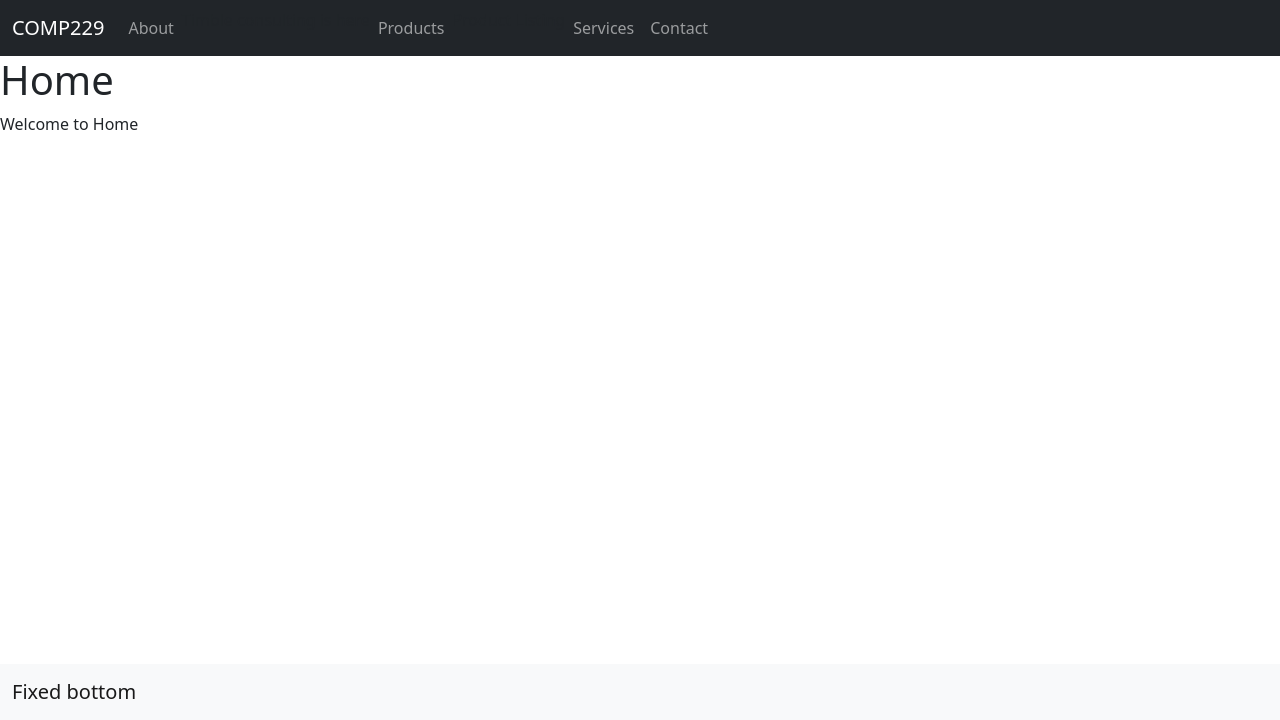
Repository: BlessingAjiboye/WEEK3DEP
Page: http://localhost/
These files come from the project's save history. The page is drawn as it stood at one moment and after the next save; the edit follows.
The browser window is 1280 px wide. The pictures show the whole page.
The page is served by the project's Node server (server.js). Other server files are loaded and not shown.

Above is the page before, as saved 2022-09-21 20:53:54.

### views/index.ejs
<%-include partials/header.ejs%>
<%-include partials/main_nav.ejs%>




  <h1><%= title %></h1>
  <p>Welcome to <%= title %></p>

  <!--Script section-->
  <%-include partials/bottom_nav.ejs%>
<%-include partials/footer.ejs%>

### views/partials/header.ejs
<!DOCTYPE html>
<html lang="en">
<head>
  <meta charset="UTF-8">
  <meta http-equiv="X-UA-Compatible" content="IE=edge">
  <meta name="viewport" content="width=device-width, initial-scale=1.0">
  <title><%= title %></title>
  <!--css section-->
  <link rel="stylesheet"href="/bootstrap/dist/css/bootstrap.min.css"/>
  <link rel="stylesheet"href="@fortawesome/fontawesome-free/css/all.min.css"/>
  <link rel='stylesheet' href='/Content/app.css' />
</head>
<body>

### views/partials/main_nav.ejs
<nav class="navbar navbar-expand-lg navbar-dark bg-dark">
    <div class="container-fluid">
      <a class="navbar-brand" href="#">COMP229</a>
      <button class="navbar-toggler" type="button" data-bs-toggle="collapse" data-bs-target="#navbarSupportedContent" aria-controls="navbarSupportedContent" aria-expanded="false" aria-label="Toggle navigation">
        <span class="navbar-toggler-icon"></span>
      </button>
      <div class="collapse navbar-collapse" id="navbarSupportedContent">
        <ul class="navbar-nav me-auto mb-2 mb-lg-0">
          <% if (title =="Home"){%>
           <li class="nav-item active">
              <%} else {%>
            <a class="nav-link active" aria-current="page" href="/home">Home</a>
            <%}%>
            </li>
            <% if (title =="About"){%>
               <li class="nav-item active">
                <%} else {%>
                <a class="nav-link" href="about">About</a>
                <%}%>
          </li>
          <p>Timble consulting is here</p>

          <% if (title =="Products"){%>
            <li class="nav-item active">
              <%} else {%>
                <a class="nav-link" href="products">Products</a>
                <%}%>
          </li>
          <body>
          <p>Product Listing</p>
</body>
          <% if (title =="Services"){%>
            <li class="nav-item active">
              <%} else {%>
              <a class="nav-link" href="services">Services</a>
            <%}%>
          </li>

          <% if (title =="Contact"){%>
            <li class="nav-item active">
              <%} else {%>
                <a class="nav-link" href="contact">Contact</a>
                <%}%>
          </li>

      </div>
    </div>
  </nav>

### views/partials/bottom_nav.ejs
<footer><nav class="navbar fixed-bottom bg-light">
    <div class="container-fluid">
      <a class="navbar-brand" href="#">Fixed bottom</a>
    </div>
    <h6 class="display-6"&copy;2022 All rights reserved.></h6>
  </nav>
</footer>

### views/partials/footer.ejs
<script src="/jquery/dist/jquery.min.js"></script>
  <script src="/bootstrap/dist/js/bootstrap.min.js"></script>
  <script src="/Scripts/app.js"></script>
</body>
</html>

### server.js
#!/usr/bin/env node

/**
 * Module dependencies.
 */

var app = require('./app');
var debug = require('debug')('week344:server');
var http = require('http');

/**
 * Get port from environment and store in Express.
 */

var port = normalizePort(process.env.PORT || '3000');
app.set('port', port);

/**
 * Create HTTP server.
 */

var server = http.createServer(app);

/**
 * Listen on provided port, on all network interfaces.
 */

server.listen(port);
server.on('error', onError);
server.on('listening', onListening);

/**
 * Normalize a port into a number, string, or false.
 */

function normalizePort(val) {
  var port = parseInt(val, 10);

  if (isNaN(port)) {
    // named pipe
    return val;
  }

  if (port >= 0) {
    // port number
    return port;
  }

  return false;
}

/**
 * Event listener for HTTP server "error" event.
 */

function onError(error) {
  if (error.syscall !== 'listen') {
    throw error;
  }

  var bind = typeof port === 'string'
    ? 'Pipe ' + port
    : 'Port ' + port;

  // handle specific listen errors with friendly messages
  switch (error.code) {
    case 'EACCES':
      console.error(bind + ' requires elevated privileges');
      process.exit(1);
      break;
    case 'EADDRINUSE':
      console.error(bind + ' is already in use');
      process.exit(1);
      break;
    default:
      throw error;
  }
}

/**
 * Event listener for HTTP server "listening" event.
 */

function onListening() {
  var addr = server.address();
  var bind = typeof addr === 'string'
    ? 'pipe ' + addr
    : 'port ' + addr.port;
  debug('Listening on ' + bind);
}

### routes/index.js
var express = require('express');
var router = express.Router();

/* GET home page. */
router.get('/', function(req, res, next) {
  res.render('index', { title: 'Home' });
});

router.get('/home', function(req, res, next) {
  res.render('index', { title: 'Home' });
});
router.get('/about', function(req, res, next) {
  res.render('index', { title: 'About' });
});

router.get('/Products', function(req, res, next) {
  res.render('index', { title: 'Products' });
});

router.get('/Services', function(req, res, next) {
  res.render('index', { title: 'Services' });
});

router.get('/Contact', function(req, res, next) {
  res.render('index', { title: 'Contact' });
});
module.exports = router;

### app.js
var createError = require('http-errors');
var express = require('express');
var path = require('path');
var cookieParser = require('cookie-parser');
var logger = require('morgan');

var indexRouter = require('./routes/index');
var usersRouter = require('./routes/users');

var app = express();

// view engine setup
app.set('views', path.join(__dirname, 'views'));
app.set('view engine', 'ejs');

app.use(logger('dev'));
app.use(express.json());
app.use(express.urlencoded({ extended: false }));
app.use(cookieParser());
app.use(express.static(path.join(__dirname, 'public')));
app.use(express.static(path.join(__dirname, 'node_modules')));
app.use('/', indexRouter);
app.use('/users', usersRouter);

// catch 404 and forward to error handler
app.use(function(req, res, next) {
  next(createError(404));
});

// error handler
app.use(function(err, req, res, next) {
  // set locals, only providing error in development
  res.locals.message = err.message;
  res.locals.error = req.app.get('env') === 'development' ? err : {};

  // render the error page
  res.status(err.status || 500);
  res.render('error',{title:'Error'});
});

module.exports = app;

### public/Content/app.css
/* custom css goes here*/

### public/Scripts/app.js
(function(){
    function start()
    {
        console.log("App started...");
    }
    window.addEventListener("load",start);
})();

After the next save:
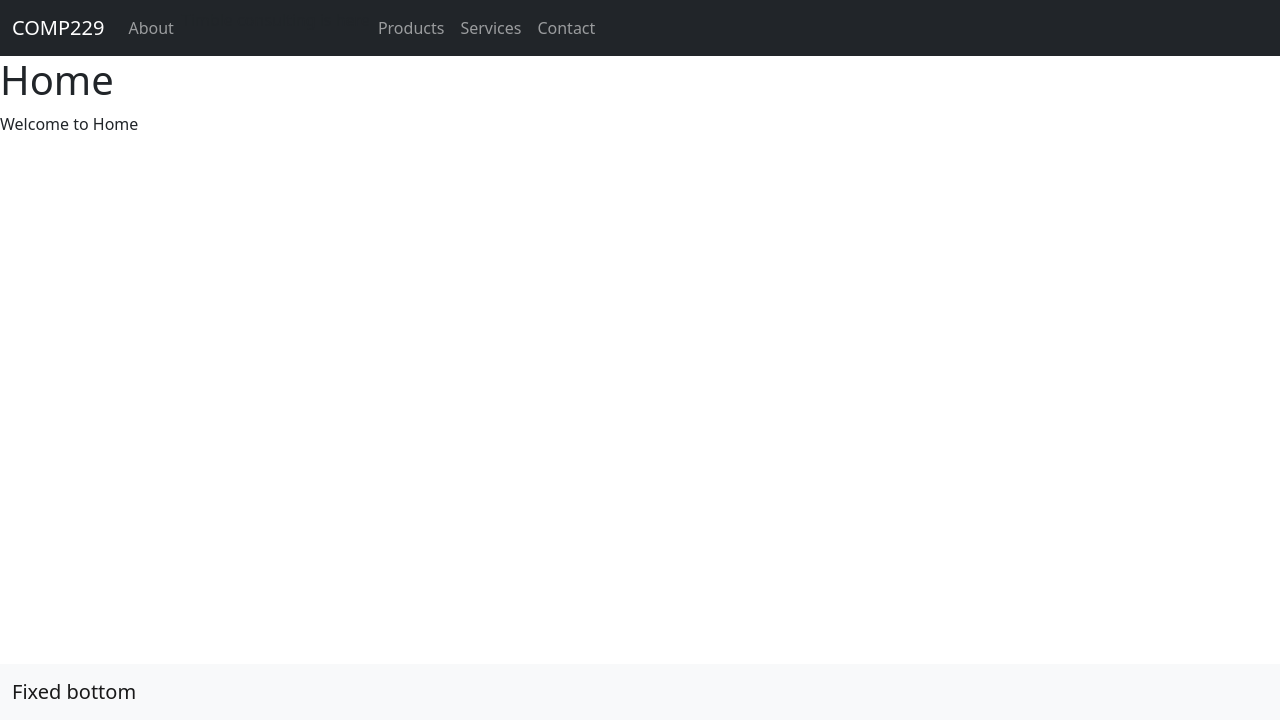
Saved 56 s later.
--- a/views/partials/main_nav.ejs
+++ b/views/partials/main_nav.ejs
@@ -26,9 +26,7 @@
                 <a class="nav-link" href="products">Products</a>
                 <%}%>
           </li>
-          <body>
-          <p>Product Listing</p>
-</body>
+
           <% if (title =="Services"){%>
             <li class="nav-item active">
               <%} else {%>
